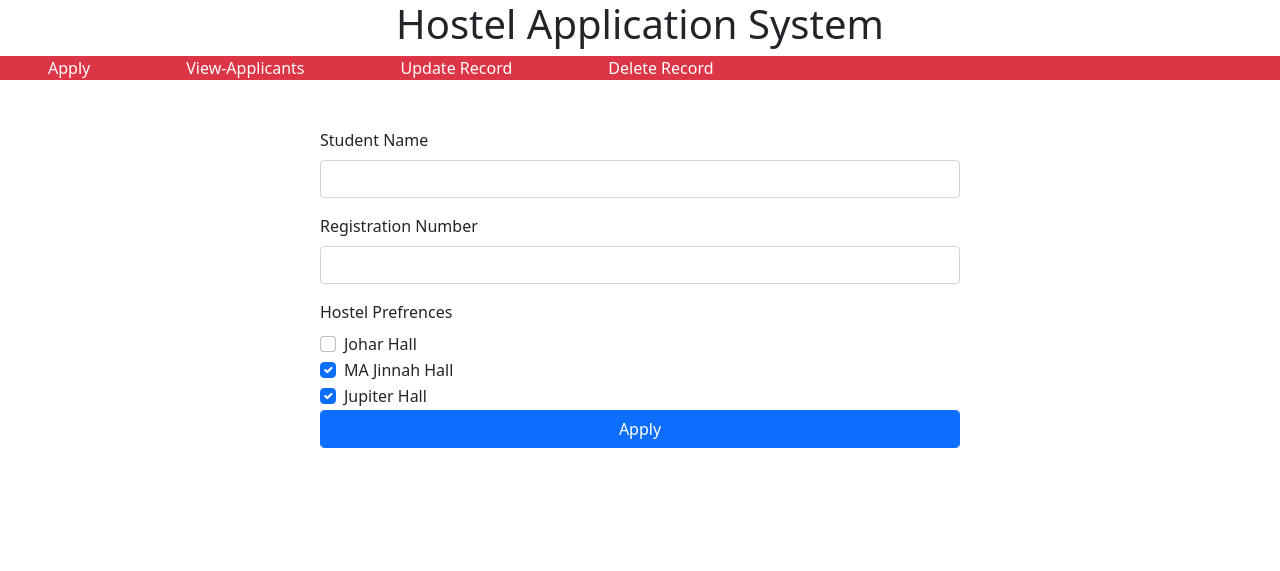
Repository: SaudCh/lab-final
Page: /hostelApplicants
An editor plug-in stored every save of this project. The page is shown before and after the next save, followed by the edit.
The browser window is 1280 px wide. The pictures show the whole page.
The project was rebuilt for these pictures with package versions that can differ from the ones it lists, and the page was loaded fresh each time. Also part of the build but not shown: src/components/ViewApplicant.jsx, src/components/UpdateRecord.jsx, src/components/DeleteRecord.jsx.

Above is the page before, as saved 2022-01-01 13:28:57.

### src/index.js
import React from 'react';
import ReactDOM from 'react-dom';
import 'bootstrap/dist/css/bootstrap.min.css';
import { BrowserRouter } from 'react-router-dom';
import App from './App';


ReactDOM.render(
  <BrowserRouter>
    <App />
  </BrowserRouter>,
  document.getElementById('root')
);

### src/App.js
import Navbar from "./components/Navbar";
import { Routes, Route } from 'react-router-dom';
import AddApplicant from './components/AddApplicant';
import ViewApplicant from './components/ViewApplicant';
import UpdateRecord from "./components/UpdateRecord";
import DeleteRecord from "./components/DeleteRecord";

function App() {
  return (
    <div>
      <h1 className="text-center">Hostel Application System</h1>
      <Navbar />
      <Routes>
        <Route path="/hostelApplicants" element={<AddApplicant />} />
        <Route
          path="/viewApplicants"
          element={<ViewApplicant />}
        />
        <Route
          path="/editApplicant"
          element={<UpdateRecord />}
        />
        <Route
          path="/deleteApplicant"
          element={<DeleteRecord />}
        />
      </Routes>
    </div>
  );
}

export default App;

### src/components/Navbar.jsx
import { Link } from "react-router-dom";

const Navbar = () => {
  return (
    <div>
      <div className="w-100 bg-danger">
        <Link
          to="/hostelApplicants"
          className="ms-5 me-5 text-decoration-none text-white"
        >
          Apply
        </Link>
        <Link
          to="/viewApplicants"
          className="ms-5 me-5 text-decoration-none text-white"
        >
          View-Applicants
        </Link>
        <Link
          to="/editApplicant"
          className="ms-5 me-5 text-decoration-none text-white"
        >
          Update Record
        </Link>
        <Link
          to="/deleteApplicant"
          className="ms-5 me-5 text-decoration-none text-white"
        >
          Delete Record
        </Link>
      </div>
    </div>
  );
};

export default Navbar;

### src/components/AddApplicant.jsx
import { useState } from "react";
import axios from "axios";
const AddApplicant = () => {
  const [studentName, setStudentName] = useState("");
  const [registrationNumber, setRegistrationNumber] = useState("");
  const [message, setMessage] = useState();

  const addDetails = async (e) => {
    e.preventDefault();

    const data = {
      studentName: studentName,
      registrationNumber: registrationNumber,
    };
    await axios
      .post("http://localhost:5000/user/add", data)
      .then((response) => {
        console.log(response.data);
        setMessage(response.data.message);
      })
      .catch((e) => console.log(e));
    setStudentName("");
    setRegistrationNumber("");
  };

  return (
    <div className="col-md-6 position-absolute start-50 translate-middle-x mt-5">
      {message && <div className="alert alert-success">{message}</div>}
      <form>
        <label className="mb-2">Student Name</label>
        <input
          type="text"
          className="form-control mb-3"
          name="studentName"
          value={studentName}
          onChange={(e) => setStudentName(e.target.value)}
        />

        <label className="mb-2">Registration Number</label>
        <input
          type="text"
          className="form-control mb-3"
          value={registrationNumber}
          name="registrationNumber"
          onChange={(e) => setRegistrationNumber(e.target.value)}
        />
        <label className="mb-2">Hostel Prefrences</label>
        <div class="form-check">
          <input
            class="form-check-input"
            type="checkbox"
            value=""
            id="flexCheckDefault"
          />
          <label class="form-check-label" for="flexCheckDefault">
            Johar Hall
          </label>
        </div>
        <div class="form-check">
          <input
            class="form-check-input"
            type="checkbox"
            value=""
            id="flexCheckChecked"
            checked
          />
          <label class="form-check-label" for="flexCheckChecked">
            MA Jinnah Hall
          </label>
        </div>
        <div class="form-check">
          <input
            class="form-check-input"
            type="checkbox"
            value=""
            id="flexCheckChecked"
            checked
          />
          <label class="form-check-label" for="flexCheckChecked">
            Jupiter Hall
          </label>
        </div>

        <button
          className="btn btn-primary form-control"
          onClick={(e) => addDetails(e)}
        >
          Apply
        </button>
      </form>
    </div>
  );
};

export default AddApplicant;

Loaded but not shown: public/index.html (common file)

After the next save:
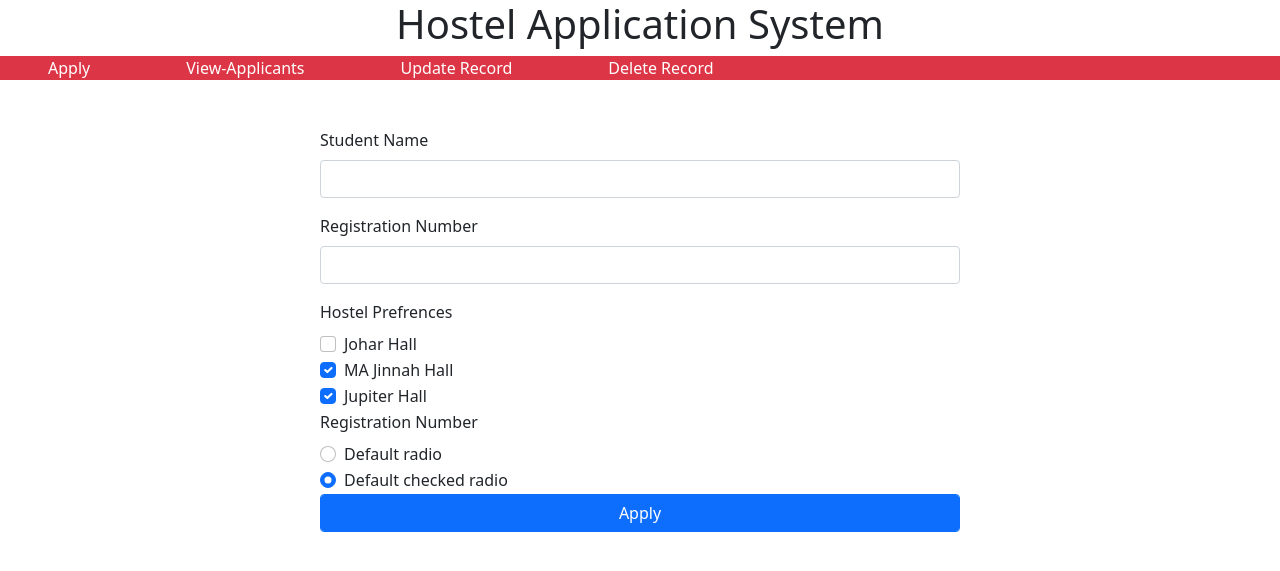
Saved 2 min 24 s later.
--- a/src/components/AddApplicant.jsx
+++ b/src/components/AddApplicant.jsx
@@ -81,6 +81,30 @@ const AddApplicant = () => {
           </label>
         </div>
 
+        <label className="mb-2">Registration Number</label>
+        <div class="form-check">
+          <input
+            class="form-check-input"
+            type="radio"
+            name="flexRadioDefault"
+            id="flexRadioDefault1"
+          />
+          <label class="form-check-label" for="flexRadioDefault1">
+            Default radio
+          </label>
+        </div>
+        <div class="form-check">
+          <input
+            class="form-check-input"
+            type="radio"
+            name="flexRadioDefault"
+            id="flexRadioDefault2"
+            checked
+          />
+          <label class="form-check-label" for="flexRadioDefault2">
+            Default checked radio
+          </label>
+        </div>
         <button
           className="btn btn-primary form-control"
           onClick={(e) => addDetails(e)}
